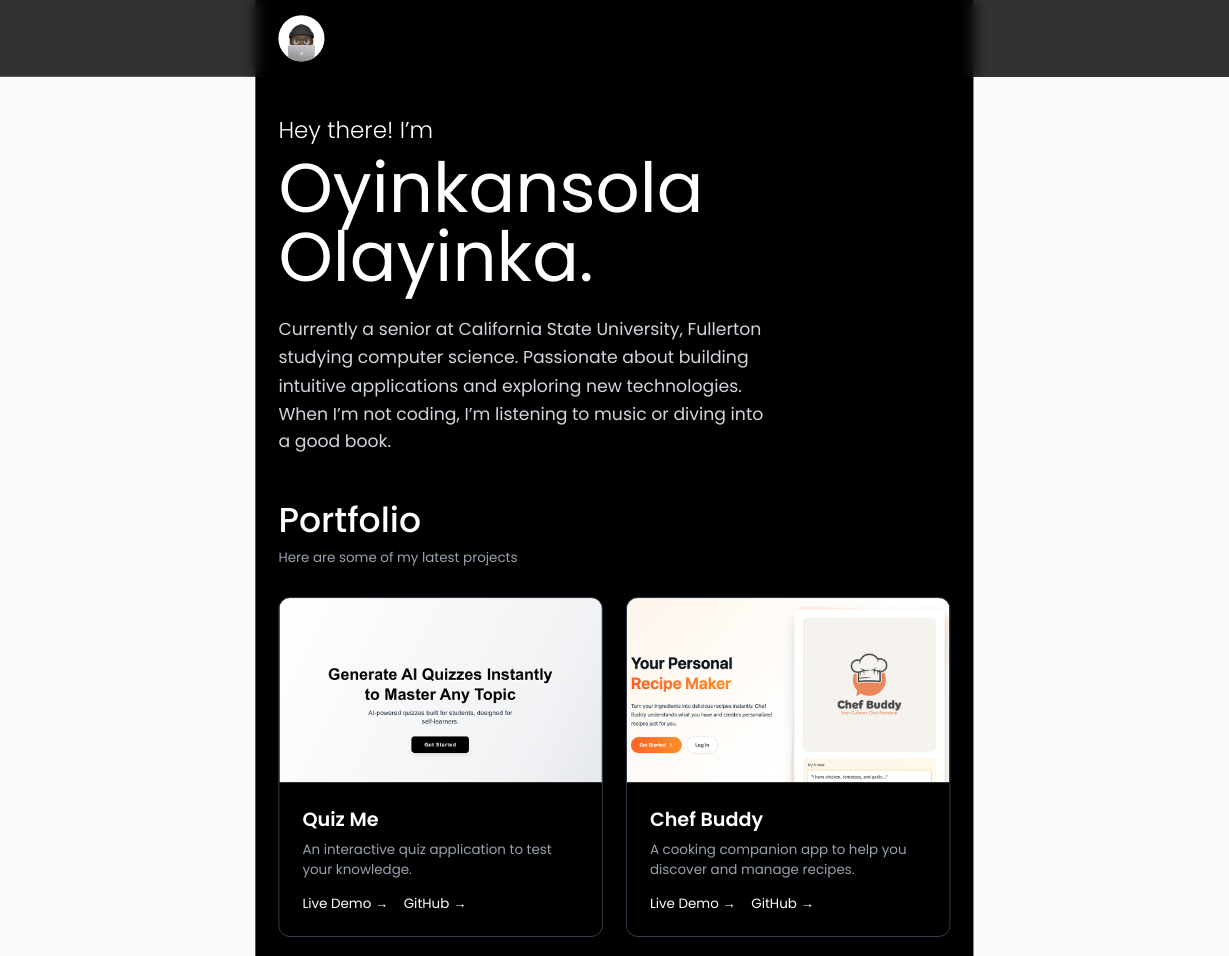
Repository: olasores/olasores-portfolio
Page: /
An editor plug-in stored every save of this project. The page is shown before and after the next save, followed by the edit.
The browser window is 1280 px wide. The pictures show the whole page, at 96% of full size.
The project was rebuilt for these pictures with package versions that can differ from the ones it lists, and the page was loaded fresh each time. The framework's server and built-in components were replaced by stand-ins that run in the browser. Also part of the build but not shown: next.config.ts.

Above is the page before, as saved 2025-11-11 13:09:45.

### app/layout.tsx
import type { Metadata } from "next";
import { Poppins } from "next/font/google";
import "./globals.css";
import Navbar from "./components/Navbar";

const poppins = Poppins({
  variable: "--font-poppins",
  weight: ["300", "400", "500", "600", "700"],
  subsets: ["latin"],
});

export const metadata: Metadata = {
  title: "Create Next App",
  description: "Generated by create next app",
  icons: {
    icon: "/assets/olaimg2.webp",
  },
};

export default function RootLayout({
  children,
}: Readonly<{
  children: React.ReactNode;
}>) {
  return (
    <html lang="en">
      <body
        className={`${poppins.variable} antialiased`}
      >
        <Navbar />
        {children}
      </body>
    </html>
  );
}

### app/page.tsx
import HomeSection from "./components/HomeSection";

export default function Home() {
  return (

    <div className="flex min-h-screen items-center justify-center bg-zinc-50 font-sans dark:bg-black top-20">
      <HomeSection />

    </div>
  );
}

### app/globals.css
@import "tailwindcss";

* {
  font-family: 'Poppins', sans-serif;
}

:root {
  --background: #ffffff;
  --foreground: #171717;
}

@media (prefers-color-scheme: dark) {
  :root {
    --background: #0a0a0a;
    --foreground: #ededed;
  }
}

body {
  background: var(--background);
  color: var(--foreground);
}

### app/components/Navbar.tsx
export default function Navbar() {
    return (
        <nav className="fixed top-0 left-0 right-0 bg-black/80 backdrop-blur-sm px-6 py-4 z-50 flex justify-center">
            <div className="max-w-[700px] w-full flex items-center justify-between">
                {/* Logo */}
                <div className="relative w-12 h-12 rounded-full bg-white overflow-hidden flex items-center justify-center">
                    <img
                        src="/assets/olaimg2.webp"
                        alt="Oyinkansola Olayinka Logo"
                        className="w-full h-full object-cover"
                    />
                </div>

                {/* Links */}
                {/* <div className="flex gap-8 text-white">
                    <a href="#" className="hover:text-gray-400 transition">
                        Github ↗
                    </a>
                    <a href="#" className="hover:text-gray-400 transition">
                        linkedin ↗
                    </a>
                    <a href="#" className="hover:text-gray-400 transition">
                        Resume ↗
                    </a>
                </div> */}
            </div>
        </nav>
    );
}

### app/components/HomeSection.tsx
import Portfolio from "./Portfolio";
export default function HomeSection() {
    return (
        <div className="flex min-h-screen justify-center bg-black font-sans dark:bg-black px-6 py-5 pt-10 md:pt-30">
            <div className="max-w-[700px] w-full flex flex-col gap-12">
                {/* Text content */}
                <div className="flex flex-col gap-6 items-center md:items-start">
                    <div>
                        <h2 className="text-xl md:text-2xl font-light text-white mb-2">
                            Hey there! I&rsquo;m
                        </h2>
                        <h1 className="text-5xl md:text-7xl  text-white">
                            Oyinkansola Olayinka.
                        </h1>
                    </div>

                                        <p className="text-base md:text-lg text-gray-300 leading-relaxed max-w-lg">
                        Currently a senior at California State University, Fullerton studying computer science. Passionate about building intuitive applications and exploring new technologies. When I&rsquo;m not coding, I&rsquo;m listening to music or diving into a good book.
                    </p>

                    {/* Links */}
                    {/* <div className="flex gap-6 text-lg md:text-xl text-white">
                        <a href="#" className="hover:text-gray-400 transition">
                            Github ↗
                        </a>
                        <a href="#" className="hover:text-gray-400 transition">
                            linkedin ↗
                        </a>
                        <a href="#" className="hover:text-gray-400 transition">
                            Resume ↗
                        </a>
                    </div> */}

                </div>
                <Portfolio />

            </div>
        </div>
    );
}

### app/components/Portfolio.tsx
export default function Portfolio() {
    return (
        <div className="flex justify-center bg-black font-sans dark:bg-black ">
            <div className="max-w-[700px] w-full flex flex-col gap-8">
                {/* Section Title */}
                <div>
                    <h2 className="text-3xl md:text-4xl font-medium text-white mb-2">
                        Portfolio
                    </h2>
                    <p className="text-gray-400 text-sm">
                        Here are some of my latest projects
                    </p>
                </div>

                {/* Projects Grid */}
                <div className="grid grid-cols-1 md:grid-cols-2 gap-6">
                    {/* Quiz Me Project */}
                    <div className="border border-gray-700 rounded-xl overflow-hidden hover:border-gray-500 transition flex flex-col">
                        {/* Project Image */}
                        <div className="w-full h-48 bg-gray-800 overflow-hidden">
                            <img
                                src="/assets/quizzy.png"
                                alt="Quiz Me Project"
                                className="w-full h-full object-cover"
                            />
                        </div>

                        {/* Project Details */}
                        <div className="p-6 flex flex-col gap-4 flex-1">
                            <div>
                                <h3 className="text-xl font-semibold text-white mb-2">
                                    Quiz Me
                                </h3>
                                <p className="text-gray-400 text-sm">
                                    An interactive quiz application to test your knowledge.
                                </p>
                            </div>

                            {/* Links */}
                            <div className="flex gap-4 text-sm mt-auto">
                                <a
                                    href="https://quiz-me-sandy.vercel.app/"
                                    target="_blank"
                                    rel="noopener noreferrer"
                                    className="text-white hover:text-gray-300 transition"
                                >
                                    Live Demo →
                                </a>
                                <a
                                    href="#"
                                    className="text-white hover:text-gray-300 transition"
                                >
                                    GitHub →
                                </a>
                            </div>
                        </div>
                    </div>

                    {/* Project Card 2 - Chef Buddy */}
                    <div className="border border-gray-700 rounded-xl overflow-hidden hover:border-gray-500 transition flex flex-col">
                        {/* Project Image */}
                        <div className="w-full h-48 bg-gray-800 overflow-hidden">
                            <img
                                src="/assets/chef.png"
                                alt="Chef Buddy Project"
                                className="w-full h-full object-cover"
                            />
                        </div>

                        {/* Project Details */}
                        <div className="p-6 flex flex-col gap-4 flex-1">
                            <div>
                                <h3 className="text-xl font-semibold text-white mb-2">
                                    Chef Buddy
                                </h3>
                                <p className="text-gray-400 text-sm">
                                    A cooking companion app to help you discover and manage recipes.
                                </p>
                            </div>

                            {/* Links */}
                            <div className="flex gap-4 text-sm mt-auto">
                                <a
                                    href="https://chef-buddy-rouge.vercel.app/"
                                    target="_blank"
                                    rel="noopener noreferrer"
                                    className="text-white hover:text-gray-300 transition"
                                >
                                    Live Demo →
                                </a>
                                <a
                                    href="#"
                                    className="text-white hover:text-gray-300 transition"
                                >
                                    GitHub →
                                </a>
                            </div>
                        </div>
                    </div>
                </div>
            </div>
        </div>
    );
}

After the next save:
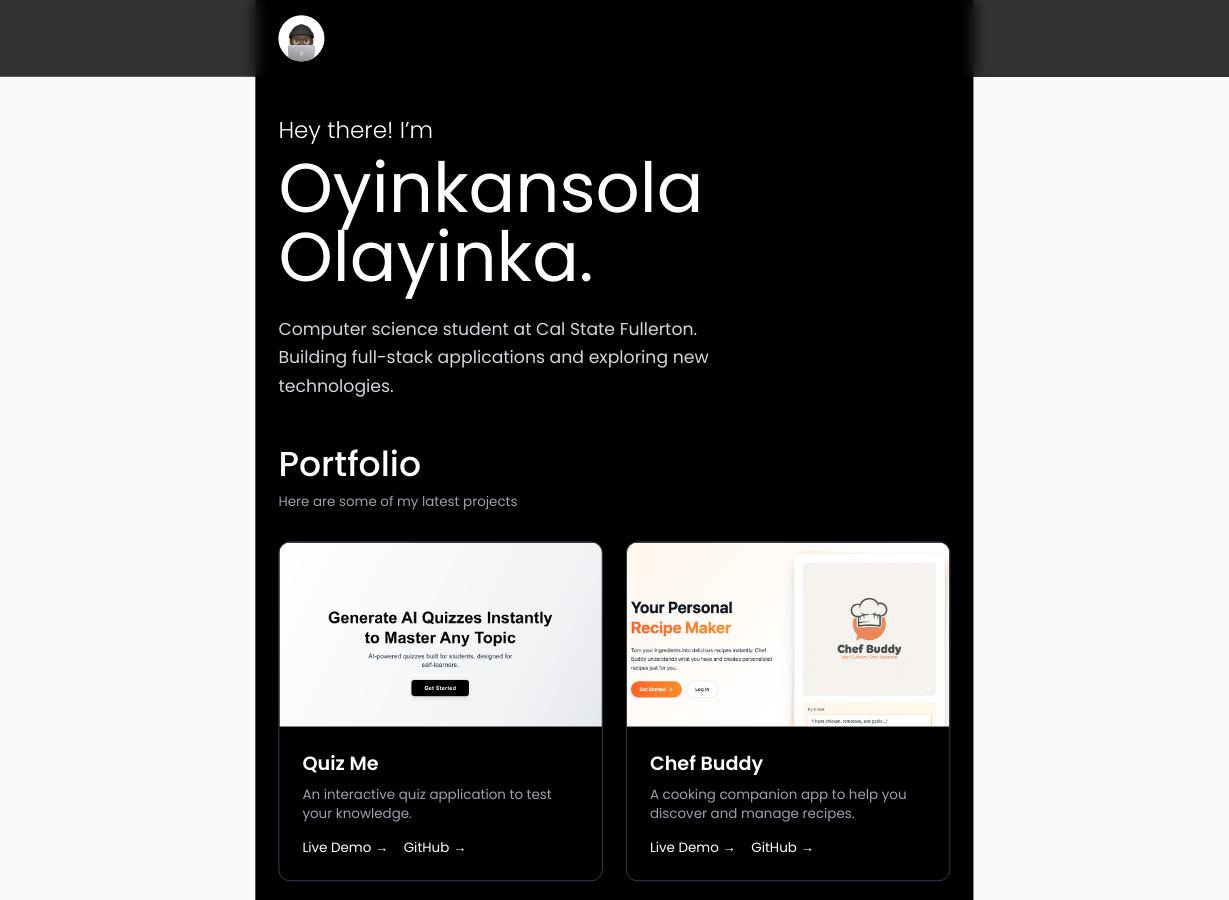
Saved 10 s later.
--- a/app/components/HomeSection.tsx
+++ b/app/components/HomeSection.tsx
@@ -15,7 +15,7 @@ export default function HomeSection() {
                     </div>
 
                                         <p className="text-base md:text-lg text-gray-300 leading-relaxed max-w-lg">
-                        Currently a senior at California State University, Fullerton studying computer science. Passionate about building intuitive applications and exploring new technologies. When I&rsquo;m not coding, I&rsquo;m listening to music or diving into a good book.
+                        Computer science student at Cal State Fullerton. Building full-stack applications and exploring new technologies.
                     </p>
 
                     {/* Links */}
